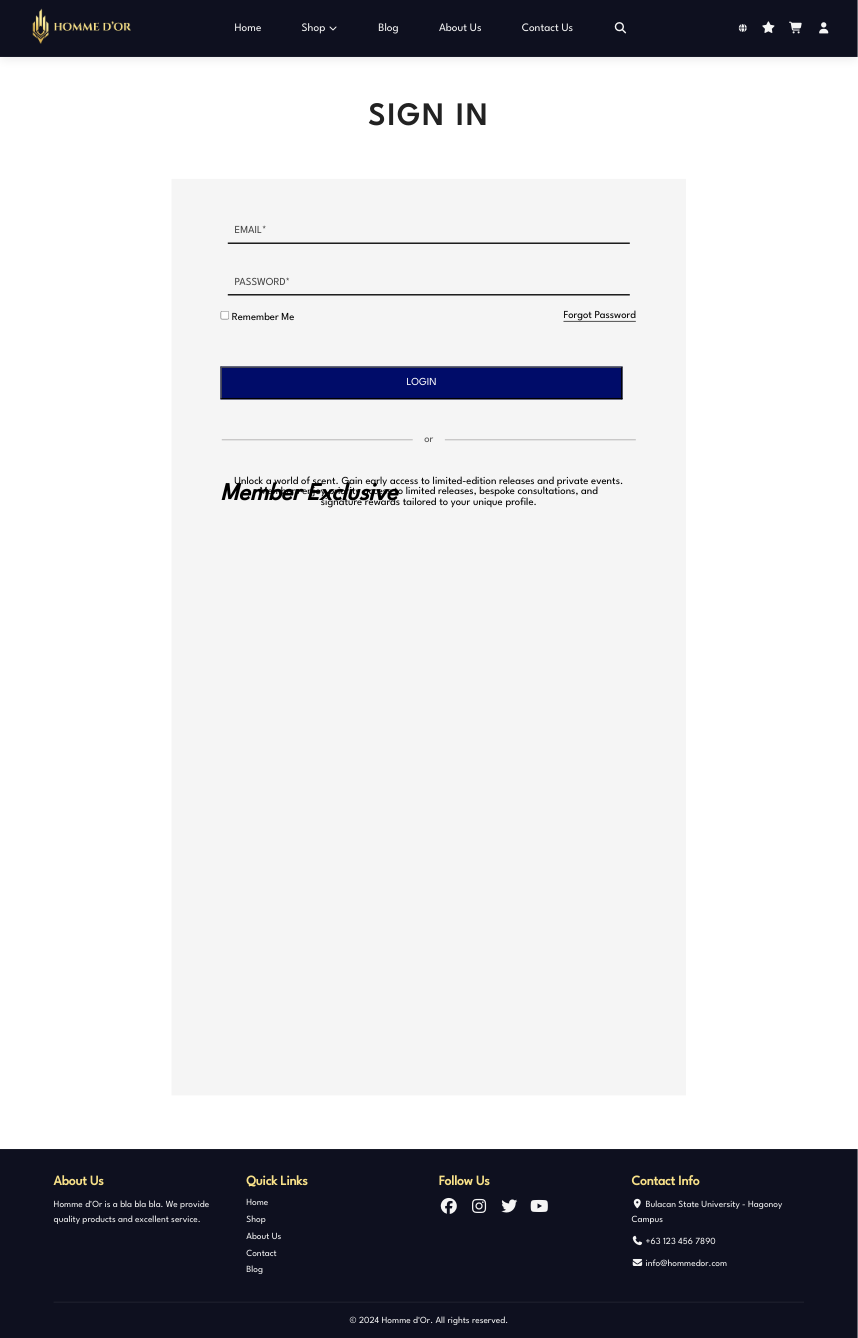
Repository: Izy-Blinken/Homme-d-Or
Page: http://localhost/Homme_dor/pages/login.php?country=ph
An editor plug-in stored every save of this project. The page is shown before and after the next save, followed by the edit.
The browser window is 1280 px wide. The pictures show the whole page, at 67% of full size.
The page is run by PHP 8.4 with error messages shown; the project is at /var/www/html/.

Above is the page before, as saved 2026-01-24 22:54:47.

After the next save:
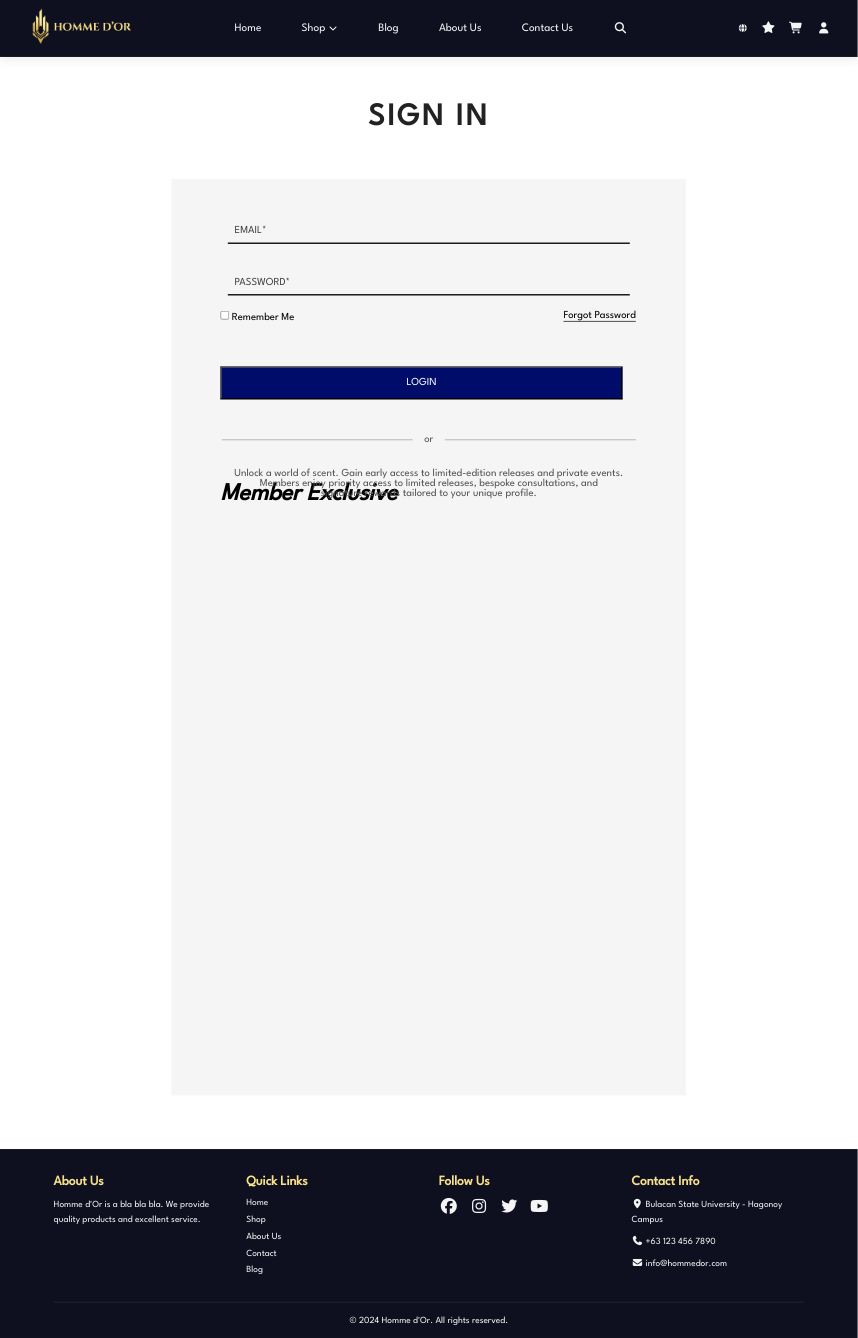
Saved 14 s later.
--- a/pages/login.php
+++ b/pages/login.php
@@ -52,7 +52,7 @@
 
                     <h2><i><b>Member Exclusive</b></i></h2>
 
-                    <p class="logParagraph">Unlock a world of scent. Gain early access to
+                    <p>Unlock a world of scent. Gain early access to
                         limited-edition releases and private events.<br>
                         Members enjoy priority access to limited releases, bespoke consultations, and<br>
                         signature rewards tailored to your unique profile.</p>
